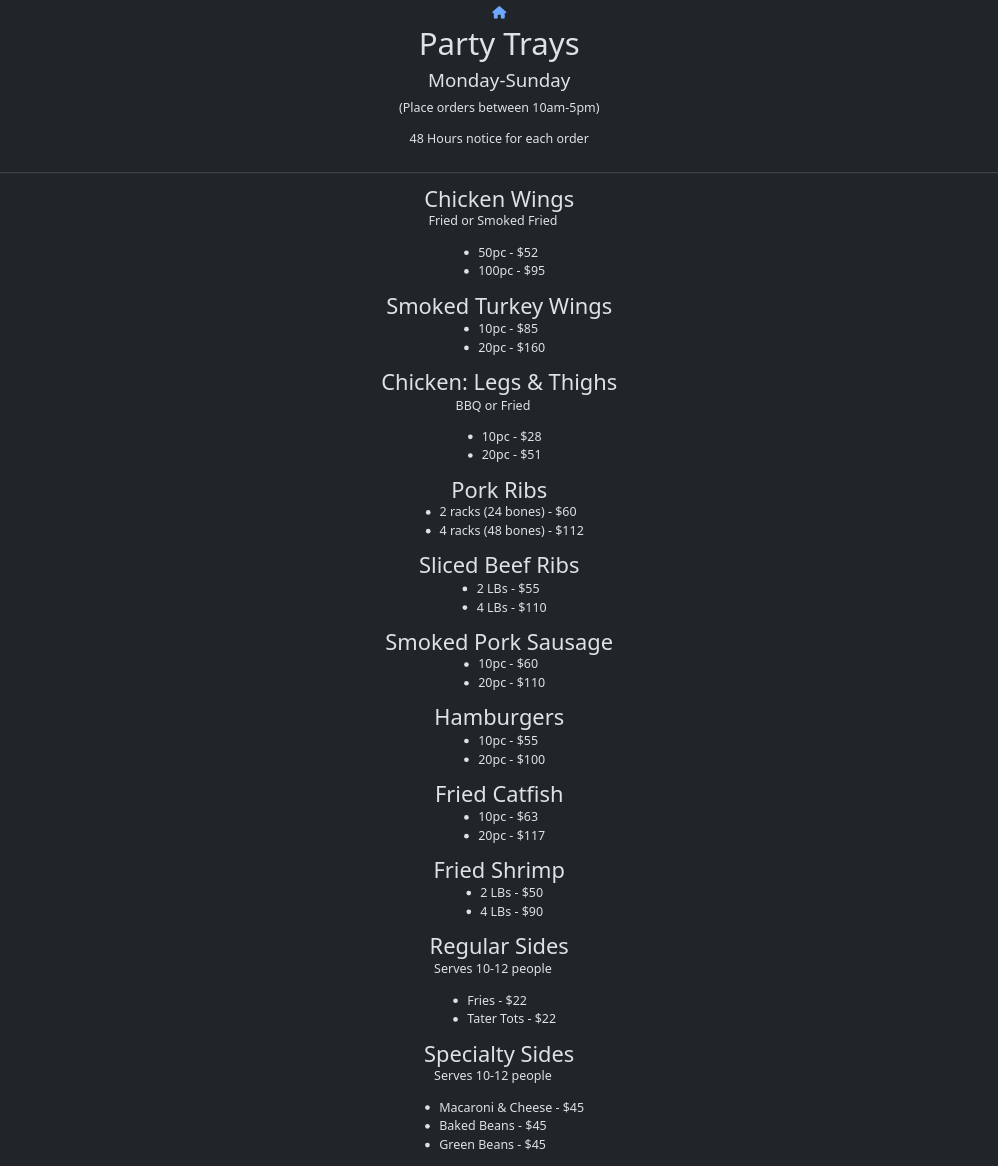
Repository: dukedward/smokehousemenu
Page: trays/index.html
These files come from the project's save history. The page is drawn as it stood at one moment and after the next save; the edit follows.
The browser window is 1280 px wide. The pictures show the whole page, at 78% of full size.
Some web libraries are served in a nearby version.

Above is the page before, as saved 2023-03-01 13:38:12.

### trays/index.html
<!DOCTYPE html>
<html lang="en" data-bs-theme="dark">
<head>
    <meta charset="UTF-8">
    <meta http-equiv="X-UA-Compatible" content="IE=edge">
    <meta name="viewport" content="width=device-width, initial-scale=1.0">
    <link rel="stylesheet" href="https://cdnjs.cloudflare.com/ajax/libs/font-awesome/6.3.0/css/all.min.css" integrity="sha512-SzlrxWUlpfuzQ+pcUCosxcglQRNAq/DZjVsC0lE40xsADsfeQoEypE+enwcOiGjk/bSuGGKHEyjSoQ1zVisanQ==" crossorigin="anonymous" referrerpolicy="no-referrer" />
    <link href="https://cdn.jsdelivr.net/npm/bootstrap@5.3.0-alpha1/dist/css/bootstrap.min.css" rel="stylesheet" integrity="sha384-GLhlTQ8iRABdZLl6O3oVMWSktQOp6b7In1Zl3/Jr59b6EGGoI1aFkw7cmDA6j6gD" crossorigin="anonymous">
    <link rel="stylesheet" href="../style.css" />
    <link rel="shortcut icon" href="../images/favicon.ico" type="image/x-icon">
    <title>Party Trays</title>
</head>
<body>
    <div class="title">
        <a href="/">
            <i class="fa-solid fa-house mt-2 mb-2"></i>
        </a>
        <h1>Party Trays</h1>
        <h4>Monday-Sunday</h4>
        <p>(Place orders between 10am-5pm)</p>
        <p>48 Hours notice for each order</p>
    </div>
    <hr>
    <div class="sections">
        <div class="sect">
            <h3>Chicken Wings</h3>
            <div class="desc">
                <p>Fried or Smoked Fried</p>
            </div>
            <ul>
                <li>50pc - $52</li>
                <li>100pc - $95</li>
            </ul>
        </div>
        <div class="sect">
            <h3>Smoked Turkey Wings</h3>
            <ul>
                <li>10pc - $85</li>
                <li>20pc - $160</li>
            </ul>
        </div>
        <div class="sect">
            <h3>Chicken: Legs & Thighs</h3>
            <div class="desc">
                <p>BBQ or Fried</p>
            </div>
            <ul>
                <li>10pc - $28</li>
                <li>20pc - $51</li>
            </ul>
        </div>
        <div class="sect">
            <h3>Pork Ribs</h3>
            <ul>
                <li>2 racks (24 bones) - $60</li>
                <li>4 racks (48 bones) - $112</li>
            </ul>
        </div>
        <div class="sect">
            <h3>Sliced Beef Ribs</h3>
            <ul>
                <li>2 LBs - $55</li>
                <li>4 LBs - $110</li>
            </ul>
        </div>
        <div class="sect">
            <h3>Smoked Pork Sausage</h3>
            <ul>
                <li>10pc - $60</li>
                <li>20pc - $110</li>
            </ul>
        </div>
        <div class="sect">
            <h3>Hamburgers</h3>
            <ul>
                <li>10pc - $55</li>
                <li>20pc - $100</li>
            </ul>
        </div>
        <div class="sect">
            <h3>Fried Catfish</h3>
            <ul>
                <li>10pc - $63</li>
                <li>20pc - $117</li>
            </ul>
        </div>
        <div class="sect">
            <h3>Fried Shrimp</h3>
            <ul>
                <li>2 LBs - $50</li>
                <li>4 LBs - $90</li>
            </ul>
        </div>
        <div class="sect">
            <h3>Regular Sides</h3>
            <div class="desc">
                <p>Serves 10-12 people</p>
            </div>
            <ul>
                <li>Fries - $22</li>
                <li>Tater Tots - $22</li>
            </ul>
        </div>
        <div class="sect">
            <h3>Specialty Sides</h3>
            <div class="desc">
                <p>Serves 10-12 people</p>
            </div>
            <ul>
                <li>Macaroni & Cheese - $45</li>
                <li>Baked Beans - $45</li>
                <li>Green Beans - $45</li>
            </ul>
        </div>
    </div>
    <script src="https://cdn.jsdelivr.net/npm/bootstrap@5.3.0-alpha1/dist/js/bootstrap.bundle.min.js" integrity="sha384-w76AqPfDkMBDXo30jS1Sgez6pr3x5MlQ1ZAGC+nuZB+EYdgRZgiwxhTBTkF7CXvN" crossorigin="anonymous"></script>
</body>
</html>

### style.css
.container {
    height: 100vh;
}

.title {
	display: flex;
	flex-direction: column;
	justify-content: center;
	align-items: center;
}

.sections {
	display: grid;
}

.sect, .sub-sect {
	display: flex;
	flex-direction: column;
	justify-content: left;
	align-items: center;
}

.sect h2,h3 {
    margin-bottom: 0;
}

.desc {
    display: flex;
    flex-direction: row;
    justify-content: space-between;
}

.desc p {
    padding-right: 1rem;
}

After the next save:
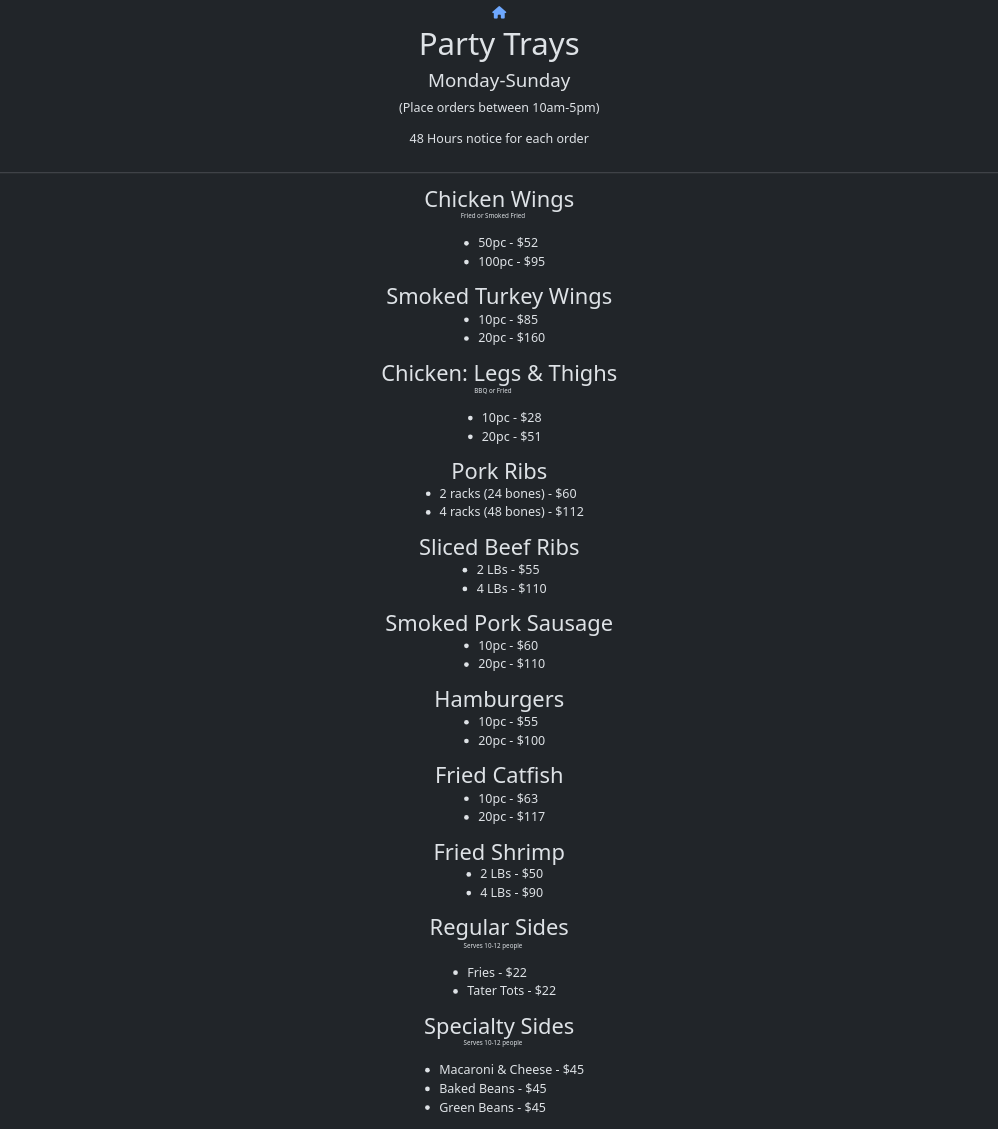
Saved 37 s later.
--- a/style.css
+++ b/style.css
@@ -32,4 +32,5 @@
 
 .desc p {
     padding-right: 1rem;
+    font-size: .5rem;
 }
